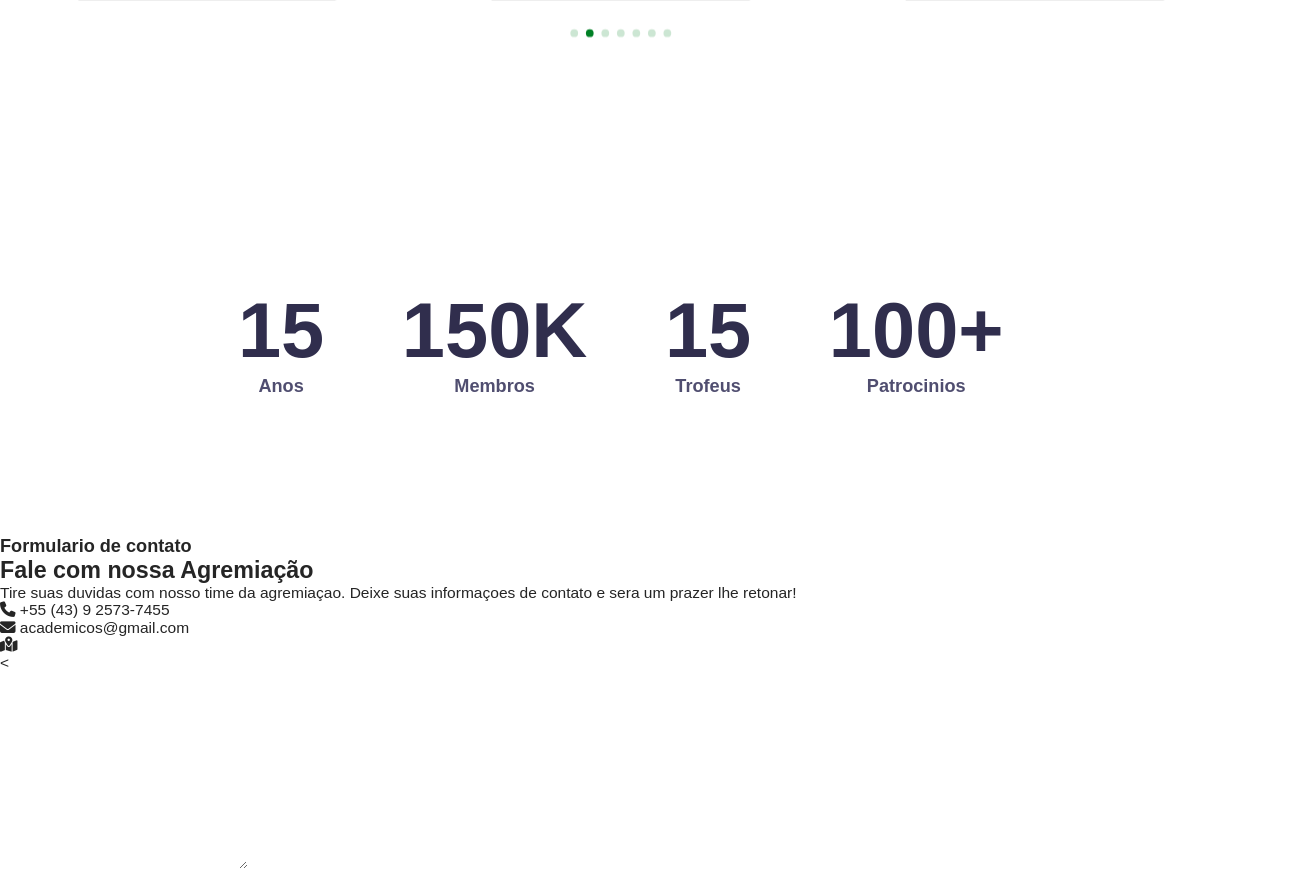
Repository: Lorsuz/gresasco
Page: index.html
An editor plug-in stored every save of this project. The page is shown before and after the next save, followed by the edit.
The browser window is 1280 px wide. The page is 1350 px wide, so the pictures cover 1350 px, including what lies to the right of the window. The pictures show the part of the page from y = 2494 to 3412 px (the page is 4543 px tall before and 4561 px after), at 97% of full size.
Pictures or frames that could not be fetched are drawn as grey boxes. Some web fonts or font styles are not loaded; a fallback is used. The style sheet was rebuilt from its Sass, Less or Tailwind sources for each picture, by a compiler version that may differ from the author's.

Above is the page before, as saved 2023-11-06 03:36:48.

After the next save:
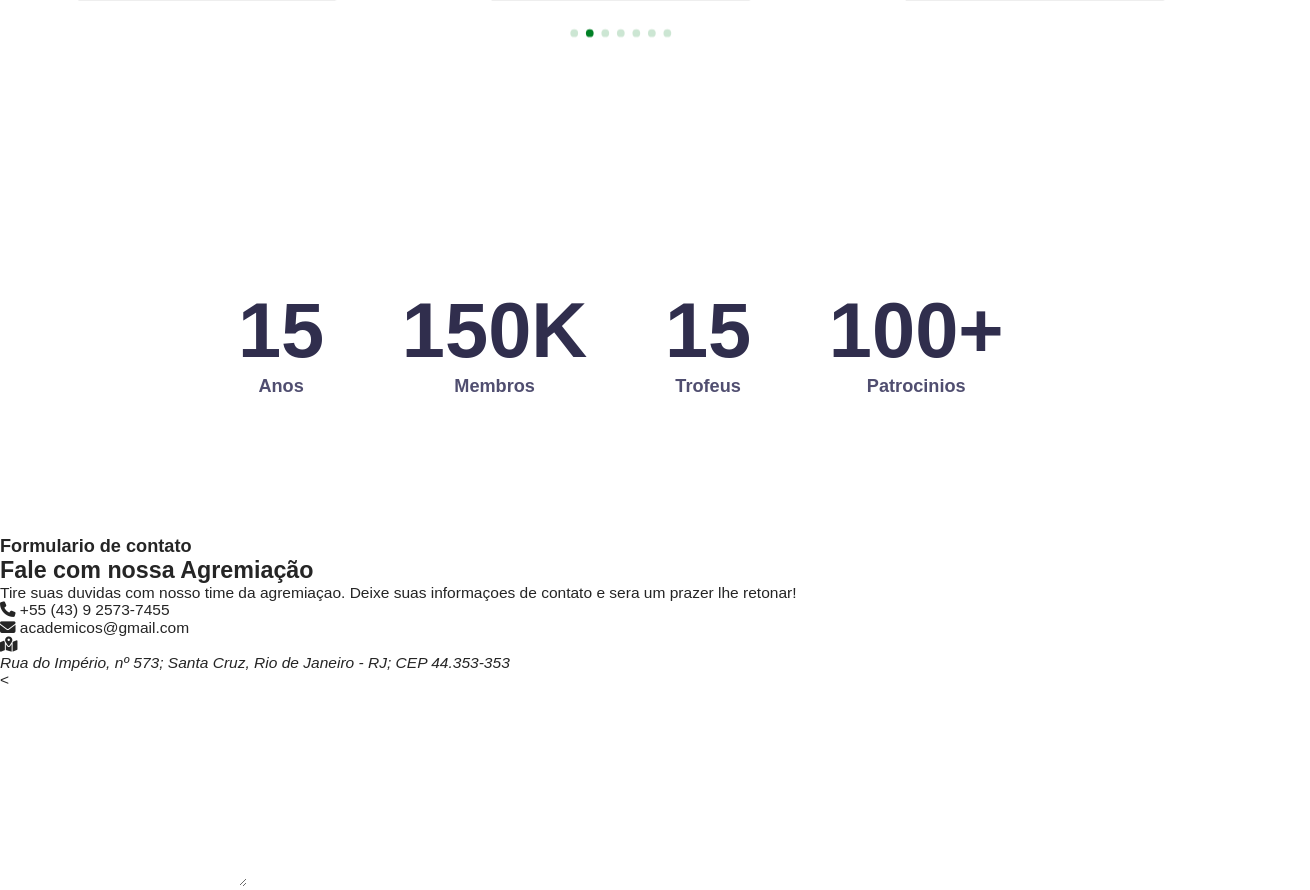
Saved 16 s later.
--- a/index.html
+++ b/index.html
@@ -166,7 +166,7 @@
 					<ul class="info">
 						<li><i class="fa-solid fa-phone"></i><span></span> +55 (43) 9 2573-7455</li>
 						<li><i class="fa-solid fa-envelope"></i><span></span> academicos@gmail.com</li>
-						<li><i class="fa-solid fa-map-location-dot"></i><address></address></li>
+						<li><i class="fa-solid fa-map-location-dot"></i><address>Rua do Império, nº 573; Santa Cruz, Rio de Janeiro - RJ; CEP 44.353-353</address></li>
 					</ul>
 					<div class="terms"></div>
 				</div>
